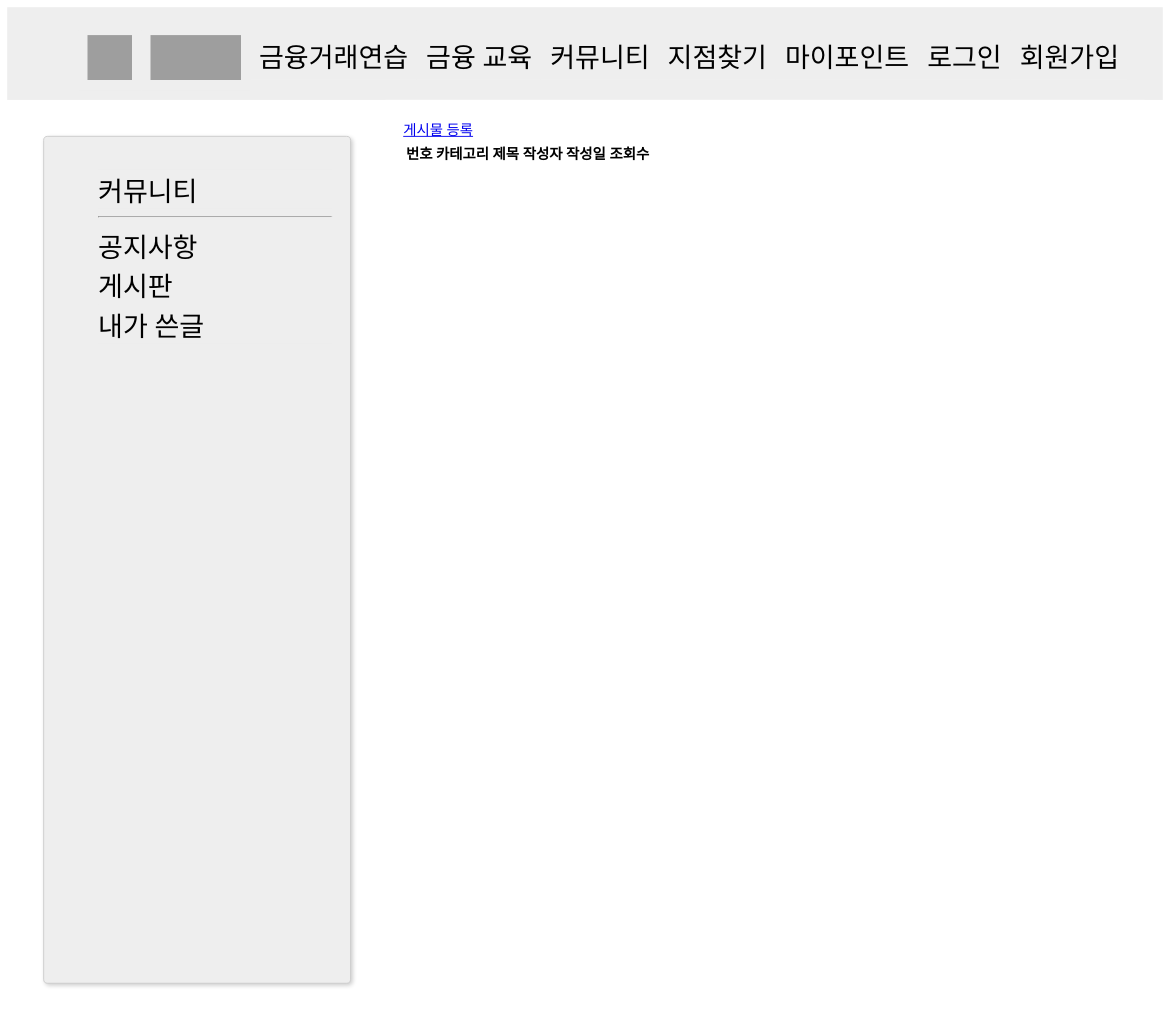
Repository: syc98syc/KB04_TeamProject
Page: http://localhost/jgig/WEB-INF/jsp/board/list.jsp
These files come from the project's save history. The page is drawn as it stood at one moment and after the next save; the edit follows.
The browser window is 1280 px wide. The page is 1292 px wide, then 1294 px, so the pictures cover 1294 px, including what lies to the right of the window. The pictures show the whole page, at 90% of full size.
Pictures or frames that could not be fetched are drawn as grey boxes. The page is served by Tomcat 9. Nobody is signed in. The template is opened directly, without the code that normally fills it, so the values that code supplies are empty.

Above is the page before, as saved 2023-09-06 05:23:37.

After the next save:
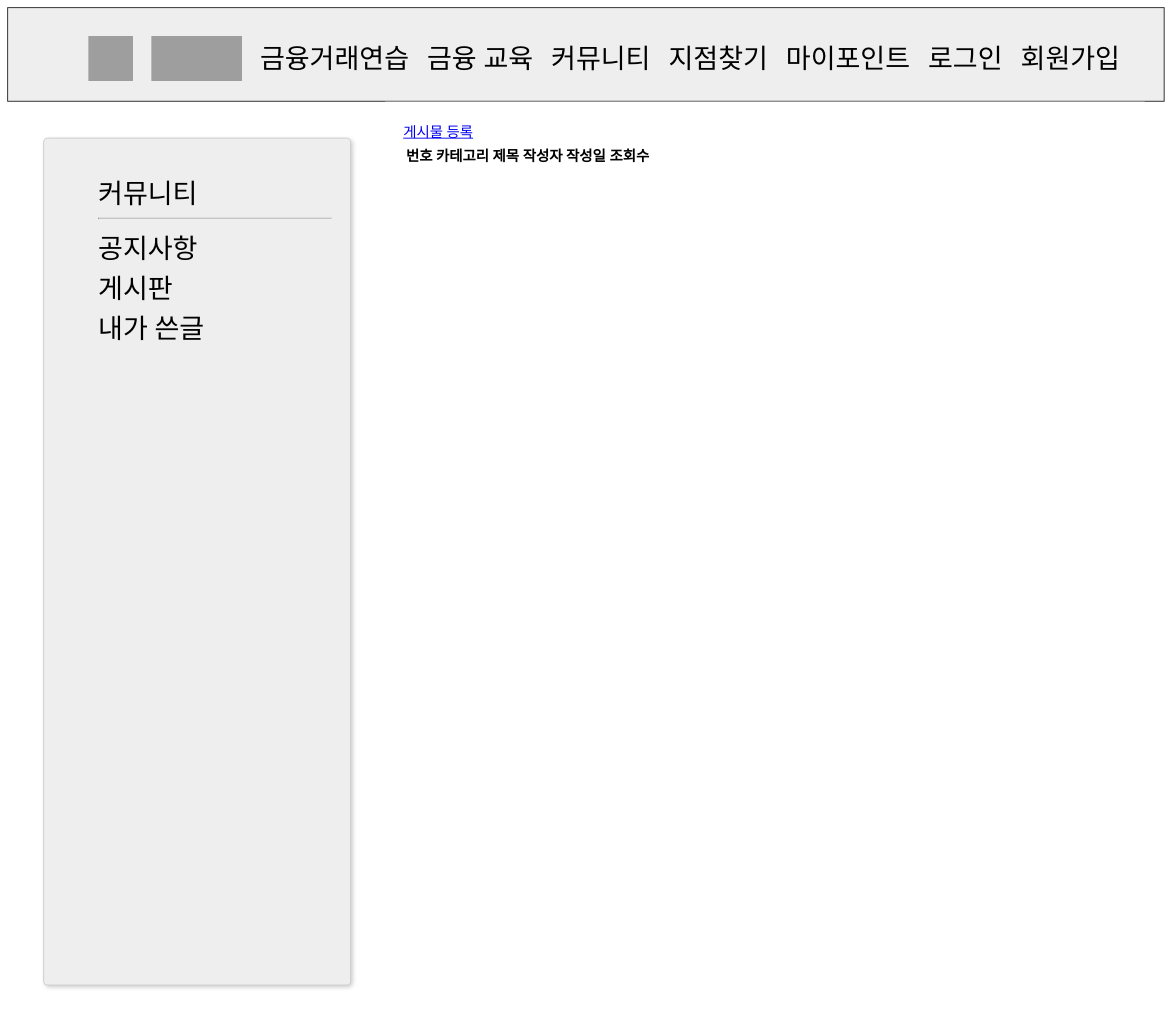
Saved 80 s later.
--- a/jgig/src/main/webapp/WEB-INF/jsp/include/top_navbar.jsp
+++ b/jgig/src/main/webapp/WEB-INF/jsp/include/top_navbar.jsp
@@ -12,6 +12,7 @@
             color: #fff;
             padding: 10px;
             width: 100%;
+            border: 1px solid #222;
              display: flex;
   justify-content: center;
         }
